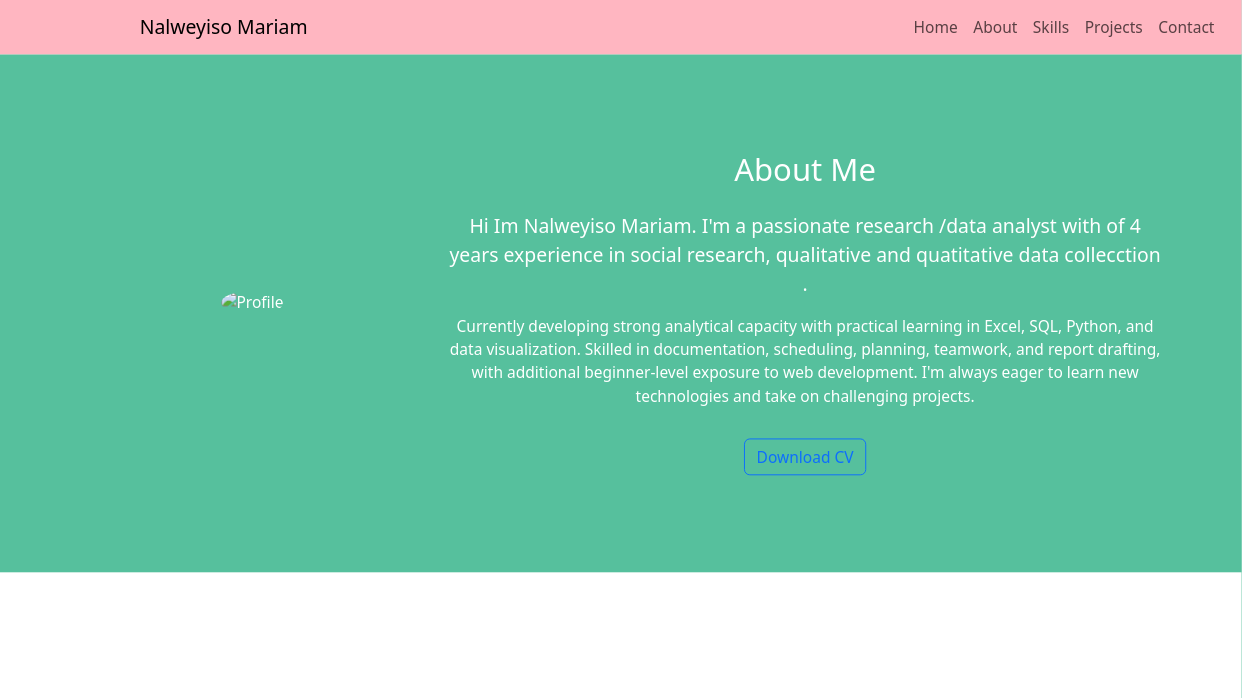
Repository: NalweMari/My-Personal-Portfolio
Page: index.html
An editor plug-in stored every save of this project. The page is shown before and after a run of saves, followed by the edit.
The browser window is 1280 px wide. The pictures show the whole page, at 97% of full size.

Above is the page before, as saved 2025-11-27 18:21:37.
Console error (its wording comes from the project's code and is left out).

### index.html
<!DOCTYPE html>
<html lang="en">

<head>
    <meta charset="UTF-8">
    <meta name="viewport" content="width=device-width, initial-scale=1.0">
    <title>My Portfolio</title>
    <link rel="stylesheet" href="style.css">
    <!-- Bootstrap CSS -->
    <link href="https://cdn.jsdelivr.net/npm/bootstrap@5.3.0/dist/css/bootstrap.min.css" rel="stylesheet">
    <!-- Font Awesome for icons -->
    <link rel="stylesheet" href="https://cdnjs.cloudflare.com/ajax/libs/font-awesome/6.4.0/css/all.min.css">

</head>

<body>
    <!-- Navigation -->

    <nav class="navbar navbar-expand-lg navbar-light bg-custom">
        <div class="container me-2">
            <a class="navbar-brand" href="#">Nalweyiso Mariam</a> <button class="navbar-toggler" type="button" data- 6
                toggle="collapse" data-target="#navbarNav" aria-controls="navbarNav" aria-expanded="false"
                aria-label="Toggle navigation"> <span class="navbar-toggler-icon"></span> </button>
            <div class="collapse navbar-collapse" id="navbarNav">
                <ul class="navbar-nav ms-auto">
                    <a class="nav-link" href="#">Home</a>
                    </li>
                    <li class="nav-item">
                        <a class="nav-link" href="#">About</a>
                    </li>
                    <li class="nav-item">
                        <a class="nav-link" href="#">Skills</a>
                    </li>
                    <li class="nav-item">
                        <a class="nav-link" href="#">Projects</a>
                    </li>
                    <li class="nav-item">
                        <a class="nav-link" href="#">Contact</a>
                    <li class="nav-item active">
                </ul>
            </div>
        </div>
    </nav>

    <!-- Hero Section -->
    <section id="home" class="hero-section text-center">
        <div class="container">
            <div class="row align-items-center">
                <div class="col-md-4 text-center mb-4">
                    <img src="" alt="Profile" class="img-fluid rounded-circle">
                </div>
                <div class="col-md-8">
                    <h2 class="mb-4">About Me</h2>
                    <p class="lead">Hi Im Nalweyiso Mariam. I'm a passionate research /data analyst with of 4 years
                        experience in social research, qualitative and quatitative data collecction .</p>
                    <p>Currently developing strong analytical capacity with practical learning in Excel, SQL, Python,
                        and data visualization. Skilled in documentation, scheduling, planning, teamwork, and report
                        drafting, with additional beginner-level exposure to web development. I'm always eager to learn
                        new technologies and take on challenging projects.</p>
                    <a href="#" class="btn btn-outline-primary mt-3">Download CV</a>
                </div>
            </div>
        </div>
        <script src="https://stackpath.bootstrapcdn.com/bootstrap/4.5.2/js/bootstrap.min.js"></script>
</body>

</html>

### Style.css
.bg-custom {
  background-color: lightpink;
}
.hero-section {
  background-color: rgb(86, 192, 157);
     color: white;
  padding: 100px 0;
}
/* .skill-bar {
  height: 20px;
  background-color: #e9ecef;
  border-radius: 5px;
  margin-bottom: 15px;
}
.skill-progress {
  height: 100%;
  border-radius: 5px;
  background-color: #0d6efd;
}
.project-card {
  transition: transform 0.3s;
}
.project-card:hover {
  transform: translateY(-5px);
} */

After the next 2 saves:
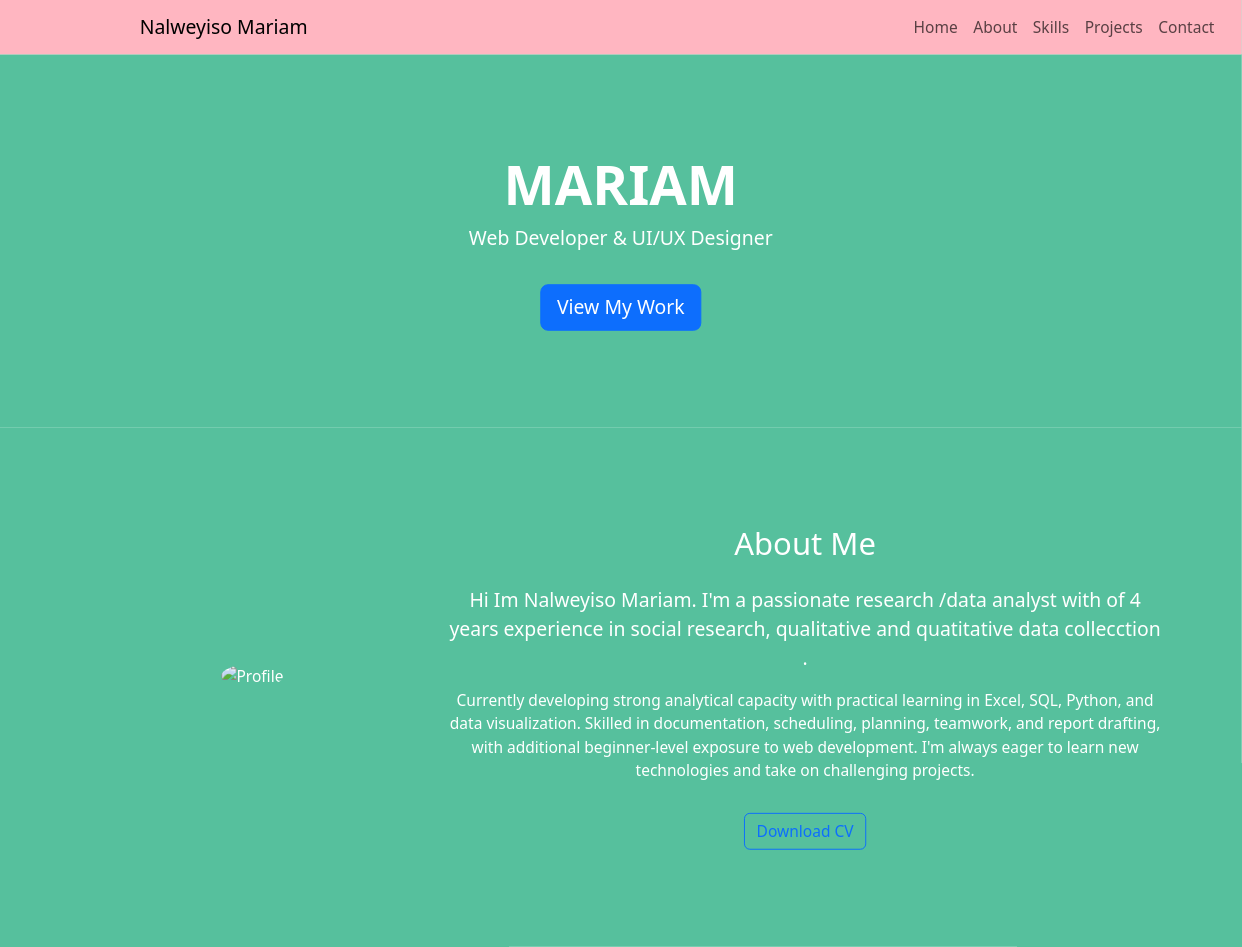
The 2 saves are shown as one change because they came seconds apart.
The last was saved 91 s later.
--- a/index.html
+++ b/index.html
@@ -43,6 +43,14 @@
     </nav>
 
     <!-- Hero Section -->
+      <section id="home" class="hero-section text-center">
+        <div class="container">
+            <h1 class="display-4 fw-bold">MARIAM</h1>
+            <p class="lead">Web Developer & UI/UX Designer</p>
+            <a href="#projects" class="btn btn-primary btn-lg mt-3">View My Work</a>
+        </div>
+    </section>
+
     <section id="home" class="hero-section text-center">
         <div class="container">
             <div class="row align-items-center">
